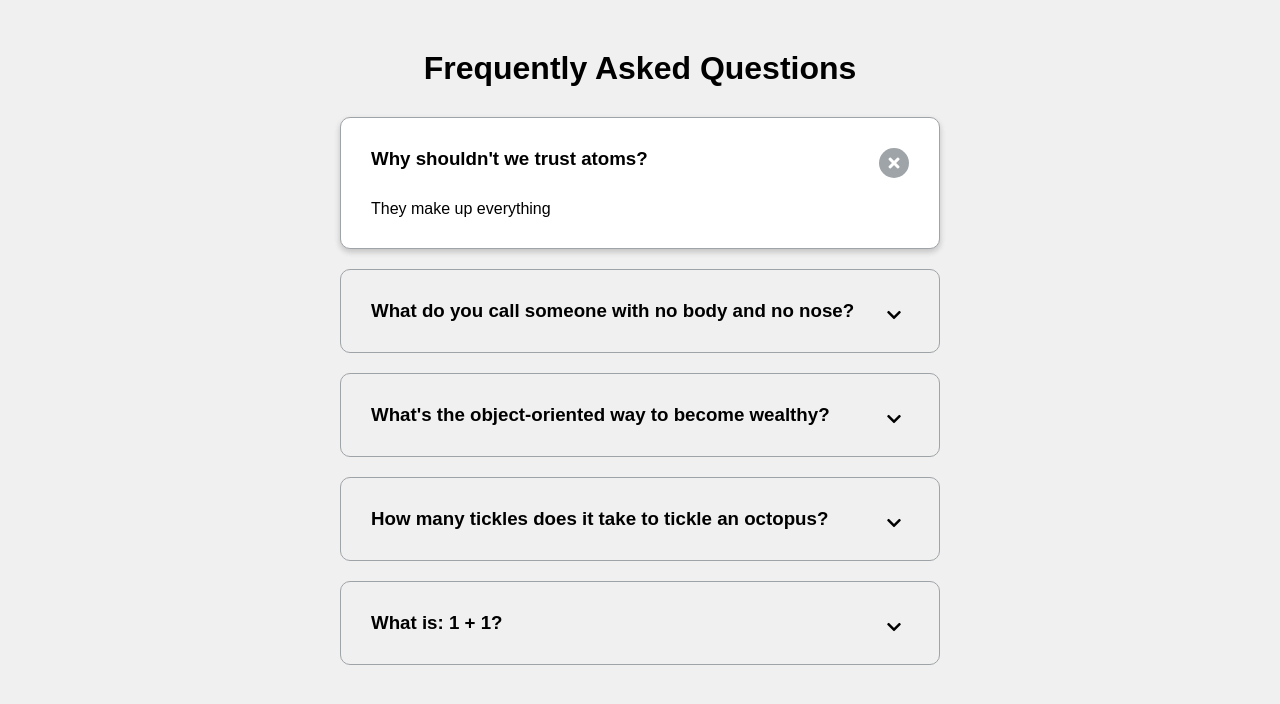
Repository: Williamlmachado/F.A.Q
Page: index.html
These files come from the project's save history. The page is drawn as it stood at one moment and after the next save; the edit follows.
The browser window is 1280 px wide. The pictures show the whole page.
Some web fonts or font styles are not loaded; a fallback is used. Some web libraries are served in a nearby version.

Above is the page before, as saved 2021-08-23 09:54:35.
Console error: TypeError: toggles.forEach is not a function

### index.html
<!DOCTYPE html>
<html lang="en">
  <head>
    <meta charset="UTF-8" />
    <meta name="viewport" content="width=device-width, initial-scale=1.0" />
    <link rel="stylesheet" href="https://cdnjs.cloudflare.com/ajax/libs/font-awesome/5.14.0/css/all.min.css" integrity="sha512-1PKOgIY59xJ8Co8+NE6FZ+LOAZKjy+KY8iq0G4B3CyeY6wYHN3yt9PW0XpSriVlkMXe40PTKnXrLnZ9+fkDaog==" crossorigin="anonymous" />
    <link rel="stylesheet" href="style.css" />
    <title>FAQ</title>
  </head>
  <body>
    <h1>Frequently Asked Questions</h1>
    <div class="faq-container">
      <div class="faq active">
        <h3 class="faq-title">
          Why shouldn't we trust atoms?
        </h3>

        <p class="faq-text">
          They make up everything
        </p>

        <button class="faq-toggle">
          <i class="fas fa-chevron-down"></i>
          <i class="fas fa-times"></i>
        </button>
      </div>

      <div class="faq">
        <h3 class="faq-title">
          What do you call someone with no body and no nose?
        </h3>
        <p class="faq-text">
          Nobody knows.
        </p>
        <button class="faq-toggle">
          <i class="fas fa-chevron-down"></i>
          <i class="fas fa-times"></i>
        </button>
      </div>

      <div class="faq">
        <h3 class="faq-title">
          What's the object-oriented way to become wealthy?
        </h3>
        <p class="faq-text">
          Inheritance.
        </p>
        <button class="faq-toggle">
          <i class="fas fa-chevron-down"></i>
          <i class="fas fa-times"></i>
        </button>
      </div>

      <div class="faq">
        <h3 class="faq-title">
          How many tickles does it take to tickle an octopus?
        </h3>
        <p class="faq-text">
          Ten-tickles!
        </p>
        <button class="faq-toggle">
          <i class="fas fa-chevron-down"></i>
          <i class="fas fa-times"></i>
        </button>
      </div>

      <div class="faq">
        <h3 class="faq-title">
          What is: 1 + 1?
        </h3>
        <p class="faq-text">
          Depends on who are you asking.
        </p>
        <button class="faq-toggle">
          <i class="fas fa-chevron-down"></i>
          <i class="fas fa-times"></i>
        </button>
      </div>
    </div>
    <script src="script.js"></script>
  </body>
</html>

### style.css
@import url('https://fonts.googleapis.com/css?family=Muli&display=swap');

* {
  box-sizing: border-box;
}

body {
  font-family: 'Muli', sans-serif;
  background-color: #f0f0f0;
}

h1 {
  margin: 50px 0 30px;
  text-align: center;
}

.faq-container {
  max-width: 600px;
  margin: 0 auto;
}
.faq{
    background-color: transparent;
    border: 1px solid #9fa4a8;
    border-radius: 10px;
    margin: 20px 0;
    padding: 30px;
    position: relative;
    overflow: hidden;
    transition: 0.3s ease;
}
.faq.active{
    background-color: #fff;
    box-shadow: 0 3px 6px rgba(0, 0, 0, 0.1), 0 3px 6px rgba(0, 0, 0, 0.1);
}
.faq.active::before
.faq.active::after{
    content: '\f075';
    font-family: 'Font Awesome 5 Free';
    color: #2ecc71;
    font-size: 7rem;
    position: absolute;
    opacity: 0.2;
    top: 20px;
    left: 20px;
    z-index: 0;
}
.faq.active::before{
    color:#3498db;
    top: -10px;
    left:-30px;
    transform: rotateY(180deg);
}
.faq-title{
    margin: 0 35px 0 0;
}
.faq-text{
    display: none;
    margin: 30px 0 0;
}
.faq.active .faq-text{
    display: block;
}

.faq-toggle{
    background-color: transparent;
    border: 0;
    border-radius: 50%;
    cursor: pointer;
    display: flex;
    align-items: center;
    justify-content: center;
    font-size: 16px;
    padding: 0;
    position: absolute;
    top: 30px;
    right: 30px;
    height: 30px;
    width: 30px;
}
.faq-toggle:focus {
    outline: 0;
  }

  .faq-toggle .fa-times {
    display: none;
  }

  .faq.active .faq-toggle .fa-times {
    color: #fff;
    display: block;
  }

  .faq.active .faq-toggle .fa-chevron-down {
    display: none;
  }

  .faq.active .faq-toggle {
    background-color: #9fa4a8;
  }

### script.js
const toggles = document.querySelector('.faq-toggle')

toggles.forEach(toggle =>{
    toggle.addEventListner('click', () =>{
        toggle.parentNode.classList.toggle('active')
    })
})

After the next save:
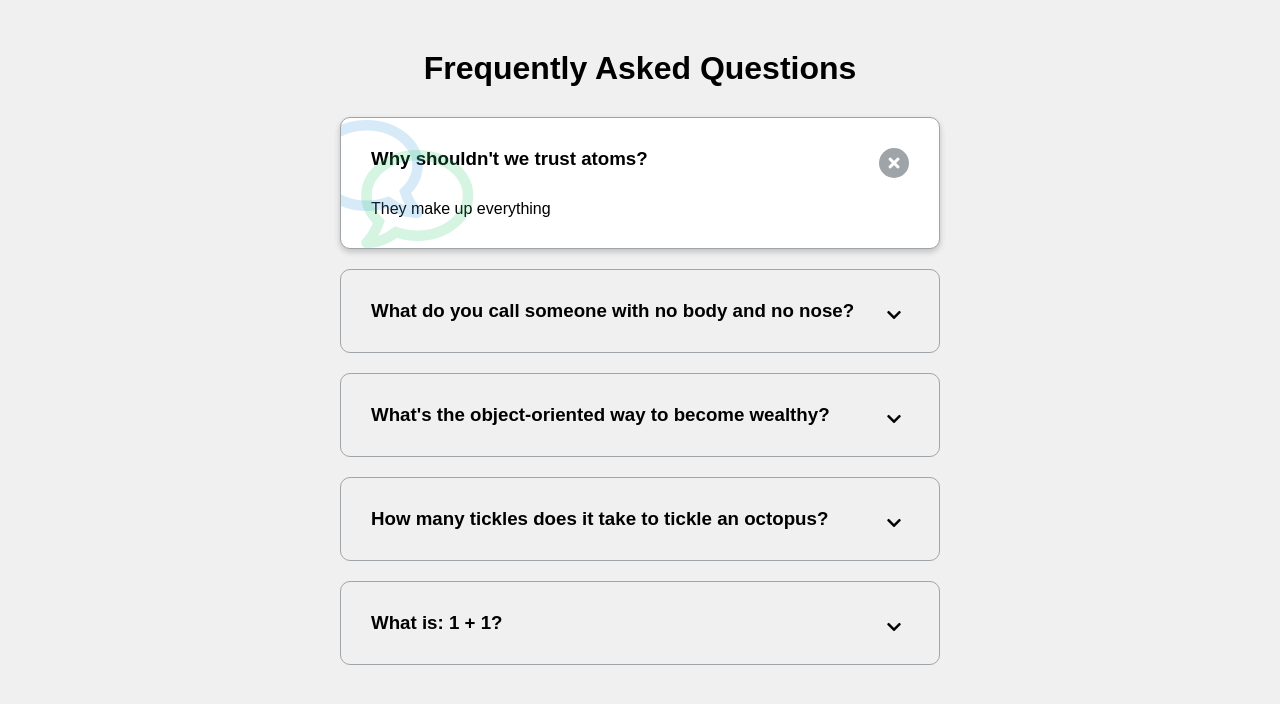
Saved 65 s later.
--- a/style.css
+++ b/style.css
@@ -18,82 +18,90 @@ h1 {
   max-width: 600px;
   margin: 0 auto;
 }
-.faq{
-    background-color: transparent;
-    border: 1px solid #9fa4a8;
-    border-radius: 10px;
-    margin: 20px 0;
-    padding: 30px;
-    position: relative;
-    overflow: hidden;
-    transition: 0.3s ease;
-}
-.faq.active{
-    background-color: #fff;
-    box-shadow: 0 3px 6px rgba(0, 0, 0, 0.1), 0 3px 6px rgba(0, 0, 0, 0.1);
-}
-.faq.active::before
-.faq.active::after{
-    content: '\f075';
-    font-family: 'Font Awesome 5 Free';
-    color: #2ecc71;
-    font-size: 7rem;
-    position: absolute;
-    opacity: 0.2;
-    top: 20px;
-    left: 20px;
-    z-index: 0;
-}
-.faq.active::before{
-    color:#3498db;
-    top: -10px;
-    left:-30px;
-    transform: rotateY(180deg);
-}
-.faq-title{
-    margin: 0 35px 0 0;
-}
-.faq-text{
-    display: none;
-    margin: 30px 0 0;
-}
-.faq.active .faq-text{
-    display: block;
+
+.faq {
+  background-color: transparent;
+  border: 1px solid #9fa4a8;
+  border-radius: 10px;
+  margin: 20px 0;
+  padding: 30px;
+  position: relative;
+  overflow: hidden;
+  transition: 0.3s ease;
 }
 
-.faq-toggle{
-    background-color: transparent;
-    border: 0;
-    border-radius: 50%;
-    cursor: pointer;
-    display: flex;
-    align-items: center;
-    justify-content: center;
-    font-size: 16px;
-    padding: 0;
-    position: absolute;
-    top: 30px;
-    right: 30px;
-    height: 30px;
-    width: 30px;
+.faq.active {
+  background-color: #fff;
+  box-shadow: 0 3px 6px rgba(0, 0, 0, 0.1), 0 3px 6px rgba(0, 0, 0, 0.1);
 }
+
+.faq.active::before,
+.faq.active::after {
+  content: '\f075';
+  font-family: 'Font Awesome 5 Free';
+  color: #2ecc71;
+  font-size: 7rem;
+  position: absolute;
+  opacity: 0.2;
+  top: 20px;
+  left: 20px;
+  z-index: 0;
+}
+
+.faq.active::before {
+  color: #3498db;
+  top: -10px;
+  left: -30px;
+  transform: rotateY(180deg);
+}
+
+.faq-title {
+  margin: 0 35px 0 0;
+}
+
+.faq-text {
+  display: none;
+  margin: 30px 0 0;
+}
+
+.faq.active .faq-text {
+  display: block;
+}
+
+.faq-toggle {
+  background-color: transparent;
+  border: 0;
+  border-radius: 50%;
+  cursor: pointer;
+  display: flex;
+  align-items: center;
+  justify-content: center;
+  font-size: 16px;
+  padding: 0;
+  position: absolute;
+  top: 30px;
+  right: 30px;
+  height: 30px;
+  width: 30px;
+}
+
 .faq-toggle:focus {
-    outline: 0;
-  }
+  outline: 0;
+}
 
-  .faq-toggle .fa-times {
-    display: none;
-  }
+.faq-toggle .fa-times {
+  display: none;
+}
 
-  .faq.active .faq-toggle .fa-times {
-    color: #fff;
-    display: block;
-  }
+.faq.active .faq-toggle .fa-times {
+  color: #fff;
+  display: block;
+}
 
-  .faq.active .faq-toggle .fa-chevron-down {
-    display: none;
-  }
+.faq.active .faq-toggle .fa-chevron-down {
+  display: none;
+}
 
-  .faq.active .faq-toggle {
-    background-color: #9fa4a8;
-  }
+.faq.active .faq-toggle {
+  background-color: #9fa4a8;
+}
